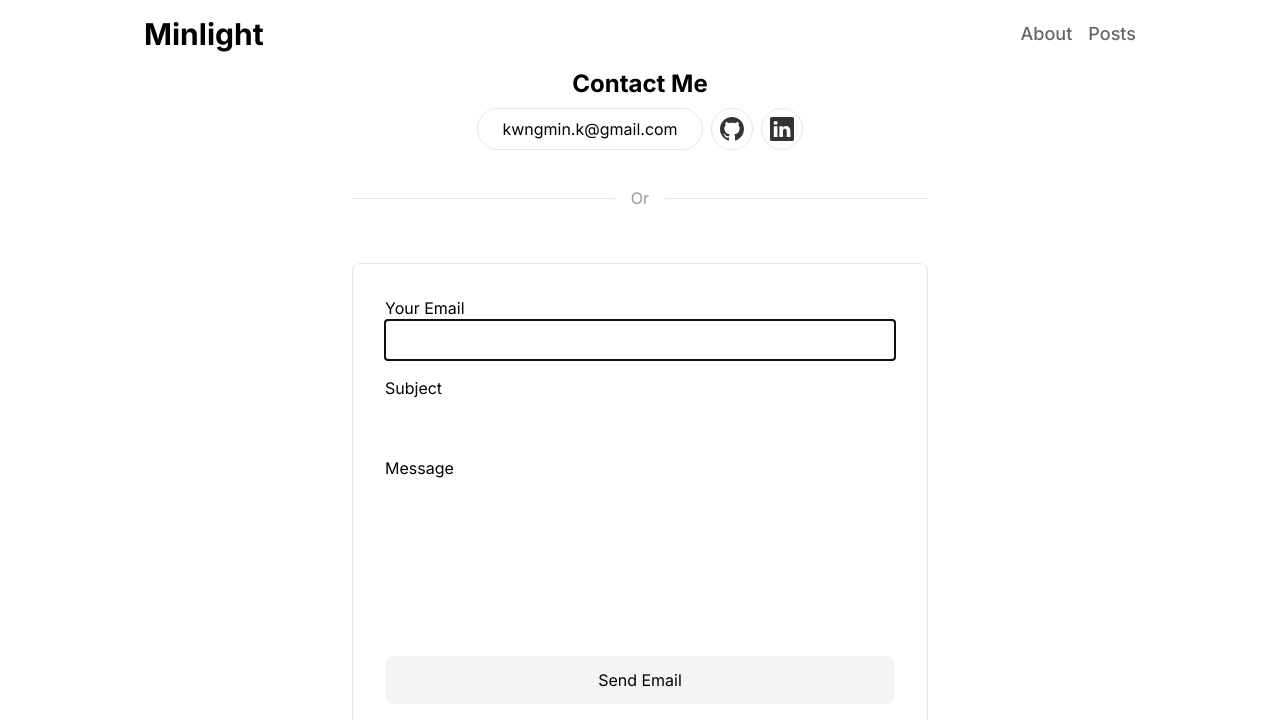
Repository: kwngmin/minlight-blog
Page: /contact
An editor plug-in stored every save of this project. The page is shown before and after the next save, followed by the edit.
The browser window is 1280 px wide. The pictures show the whole page.
An inner scrolling area shows only its first screen. The project was rebuilt for these pictures with package versions that can differ from the ones it lists, and the page was loaded fresh each time. The framework's server and built-in components were replaced by stand-ins that run in the browser. Also part of the build but not shown: next.config.js, src/components/banner.tsx.

Above is the page before, as saved 2023-04-03 17:33:12.

### src/app/layout.tsx
import Footer from "@/components/Footer";
import "./globals.css";
import { Inter } from "next/font/google";
import Header from "@/components/Header";

const inter = Inter({ subsets: ["latin"] });

export const metadata = {
  title: "Create Next App",
  description: "Generated by create next app",
};

export default function RootLayout({
  children,
}: {
  children: React.ReactNode;
}) {
  return (
    <html lang="en" className={inter.className}>
      <body className="flex flex-col">
        <Header />
        <main className="max-w-screen-lg mx-auto w-full grow px-4">
          {children}
        </main>
        <Footer />
      </body>
    </html>
  );
}

### src/app/contact/page.tsx
import ContactForm from "@/components/ContactForm";
import { BsLinkedin, BsGithub } from "react-icons/bs";
export default function ContactPage() {
  const LINKS = [
    { icon: <BsGithub />, url: "https://github.com/kwngmin" },
    {
      icon: <BsLinkedin />,
      url: "https://www.linkedin.com/in/%EA%B4%91%EB%AF%BC-%EA%B9%80-52b83a25a/",
    },
  ];
  return (
    <section className="flex flex-col items-center gap-2 max-w-xl mx-auto">
      <h2 className="text-2xl font-bold">Contact Me</h2>
      <ul className="flex justify-center items-center gap-2">
        <a
          href="mailto:kwngmin.k@gmail.com"
          className="px-6 rounded-full hover:bg-black hover:text-white py-2 border"
        >
          kwngmin.k@gmail.com
        </a>
        {LINKS.map(({ url, icon }, index) => (
          <a
            href={url}
            key={index}
            target="_blank"
            rel="noreferrer"
            className="text-2xl text-black/80 hover:bg-black hover:text-white rounded-full p-2 border"
          >
            {icon}
          </a>
        ))}
      </ul>
      <div className="w-full relative flex justify-center">
        <div className="w-full my-10 border-b"></div>
        <span className="absolute top-7 bg-white px-4 text-black/40">Or</span>
      </div>
      <ContactForm />
    </section>
  );
}

### src/components/Footer.tsx
export default function Footer() {
  return (
    <section className="text-center py-16 text-black/30 border-t mt-12">
      © 2023 Minlight
    </section>
  );
}

### src/app/globals.css
@tailwind base;
@tailwind components;
@tailwind utilities;

* {
  box-sizing: border-box;
  padding: 0;
  margin: 0;
}

html,
body {
  height: 100vh;
  overflow-y: auto;
}

/*
:root {
  --max-width: 1100px;
  --border-radius: 12px;
  --font-mono: ui-monospace, Menlo, Monaco, "Cascadia Mono", "Segoe UI Mono",
    "Roboto Mono", "Oxygen Mono", "Ubuntu Monospace", "Source Code Pro",
    "Fira Mono", "Droid Sans Mono", "Courier New", monospace;

  --foreground-rgb: 0, 0, 0;
  --background-start-rgb: 214, 219, 220;
  --background-end-rgb: 255, 255, 255;

  --primary-glow: conic-gradient(
    from 180deg at 50% 50%,
    #16abff33 0deg,
    #0885ff33 55deg,
    #54d6ff33 120deg,
    #0071ff33 160deg,
    transparent 360deg
  );
  --secondary-glow: radial-gradient(
    rgba(255, 255, 255, 1),
    rgba(255, 255, 255, 0)
  );

  --tile-start-rgb: 239, 245, 249;
  --tile-end-rgb: 228, 232, 233;
  --tile-border: conic-gradient(
    #00000080,
    #00000040,
    #00000030,
    #00000020,
    #00000010,
    #00000010,
    #00000080
  );

  --callout-rgb: 238, 240, 241;
  --callout-border-rgb: 172, 175, 176;
  --card-rgb: 180, 185, 188;
  --card-border-rgb: 131, 134, 135;
}

@media (prefers-color-scheme: dark) {
  :root {
    --foreground-rgb: 255, 255, 255;
    --background-start-rgb: 0, 0, 0;
    --background-end-rgb: 0, 0, 0;

    --primary-glow: radial-gradient(rgba(1, 65, 255, 0.4), rgba(1, 65, 255, 0));
    --secondary-glow: linear-gradient(
      to bottom right,
      rgba(1, 65, 255, 0),
      rgba(1, 65, 255, 0),
      rgba(1, 65, 255, 0.3)
    );

    --tile-start-rgb: 2, 13, 46;
    --tile-end-rgb: 2, 5, 19;
    --tile-border: conic-gradient(
      #ffffff80,
      #ffffff40,
      #ffffff30,
      #ffffff20,
      #ffffff10,
      #ffffff10,
      #ffffff80
    );

    --callout-rgb: 20, 20, 20;
    --callout-border-rgb: 108, 108, 108;
    --card-rgb: 100, 100, 100;
    --card-border-rgb: 200, 200, 200;
  }
}

* {
  box-sizing: border-box;
  padding: 0;
  margin: 0;
}

html,
body {
  max-width: 100vw;
  overflow-x: hidden;
}

body {
  color: rgb(var(--foreground-rgb));
  background: linear-gradient(
      to bottom,
      transparent,
      rgb(var(--background-end-rgb))
    )
    rgb(var(--background-start-rgb));
}

a {
  color: inherit;
  text-decoration: none;
}

@media (prefers-color-scheme: dark) {
  html {
    color-scheme: dark;
  }
} */

### src/components/Header.tsx
import Link from "next/link";

const navData = [
  { name: "About", path: "/about" },
  { name: "Posts", path: "/posts" },
];

export default function Header() {
  return (
    <div className="w-full flex justify-between items-center p-4 mx-auto max-w-screen-lg">
      <Link href="/">
        <h1 className="text-3xl font-bold">Minlight</h1>
      </Link>
      <nav className="flex gap-4 px-4 lg:px-0">
        {navData.map(({ name, path }) => (
          <Link
            href={path}
            key={path}
            className="text-black/60 hover:text-black text-lg font-medium hover:underline decoration-slate-400 hover:decoration-4 underline-offset-8"
          >
            {name}
          </Link>
        ))}
      </nav>
    </div>
  );
}

### src/components/ContactForm.tsx
"use client";
import { ChangeEvent, FormEvent, useState } from "react";
import Banner, { BannerData } from "./banner";
import TextareaAutosize from "react-textarea-autosize";

type Form = {
  from: string;
  subject: string;
  message: string;
};
export default function ContactForm() {
  const [form, setForm] = useState<Form>({
    from: "",
    subject: "",
    message: "",
  });
  const [banner, setBanner] = useState<BannerData | null>(null);
  const onChange = (e: ChangeEvent<HTMLInputElement | HTMLTextAreaElement>) => {
    const { name, value } = e.target;
    setForm((prev) => ({ ...prev, [name]: value }));
  };
  const onSubmit = (e: FormEvent<HTMLFormElement>) => {
    e.preventDefault();
    console.log(e.target);
    setBanner({ message: "성공했어", state: "success" });
    // setTimeout(() => {
    //   setBanner(null);
    // }, 5000);
    // setForm({
    //   from: "",
    //   subject: "",
    //   message: "",
    // });
  };
  const INPUT_BOX = "mb-4 resize-none px-3 py-2";
  return (
    <section className="w-full">
      {banner && <Banner banner={banner} />}
      <form
        onSubmit={onSubmit}
        className="flex flex-col border p-8 w-full rounded-lg my-4"
      >
        <label htmlFor="from">Your Email</label>
        <input
          type="email"
          id="from"
          required
          autoFocus
          name="from"
          value={form.from}
          onChange={onChange}
          className={INPUT_BOX}
        />
        <label htmlFor="subject">Subject</label>
        <input
          type="string"
          id="subject"
          required
          name="subject"
          value={form.subject}
          onChange={onChange}
          className={INPUT_BOX}
        />
        <label htmlFor="message">Message</label>
        <TextareaAutosize
          rows={6}
          minRows={6}
          id="message"
          required
          name="message"
          value={form.message}
          onChange={onChange}
          className={INPUT_BOX}
        />
        <button className="bg-zinc-100 hover:bg-zinc-300 rounded-lg h-12">
          Send Email
        </button>
      </form>
    </section>
  );
}

### tailwind.config.js
/** @type {import('tailwindcss').Config} */
module.exports = {
  content: ["./src/**/*.{js,ts,jsx,tsx}"],
  theme: {
    extend: {},
  },
  plugins: [require("@tailwindcss/typography")],
};

After the next save:
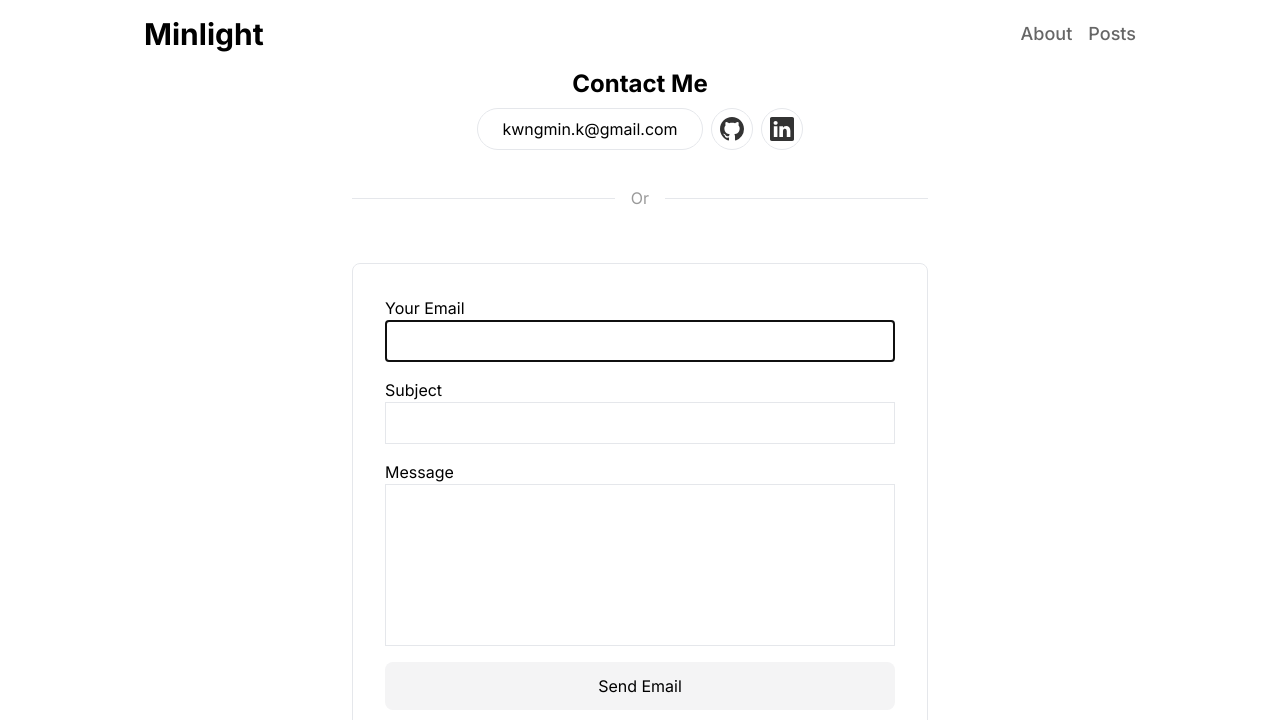
Saved 12 s later.
--- a/src/components/ContactForm.tsx
+++ b/src/components/ContactForm.tsx
@@ -32,7 +32,7 @@ export default function ContactForm() {
     //   message: "",
     // });
   };
-  const INPUT_BOX = "mb-4 resize-none px-3 py-2";
+  const INPUT_BOX = "mb-4 resize-none px-3 py-2 border";
   return (
     <section className="w-full">
       {banner && <Banner banner={banner} />}
